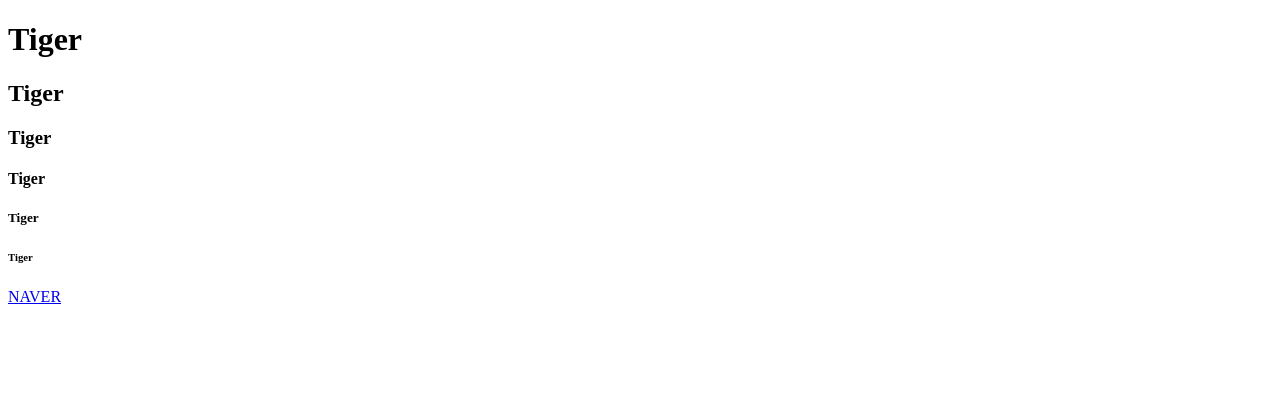
Repository: soobin10236/Class
Page: Web02/src/main/webapp/index.html
These files come from the project's save history. The page is drawn as it stood at one moment and after the next save; the edit follows.
The browser window is 1280 px wide. The pictures show the whole page.

Above is the page before, as saved 2021-09-06 04:52:24.

After the next save:
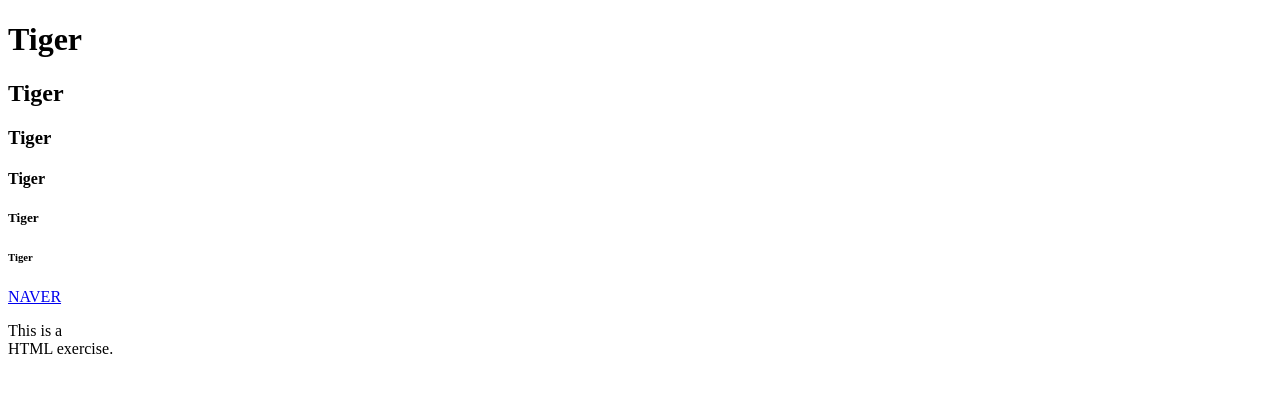
Saved 113 s later.
--- a/Web02/src/main/webapp/index.html
+++ b/Web02/src/main/webapp/index.html
@@ -12,5 +12,6 @@
 	<h5>Tiger</h5>
 	<h6>Tiger</h6>
 	<a href="https://www.naver.com">NAVER</a>
+	<p>This is a <br/> HTML exercise.</p>
 </body>
 </html>
